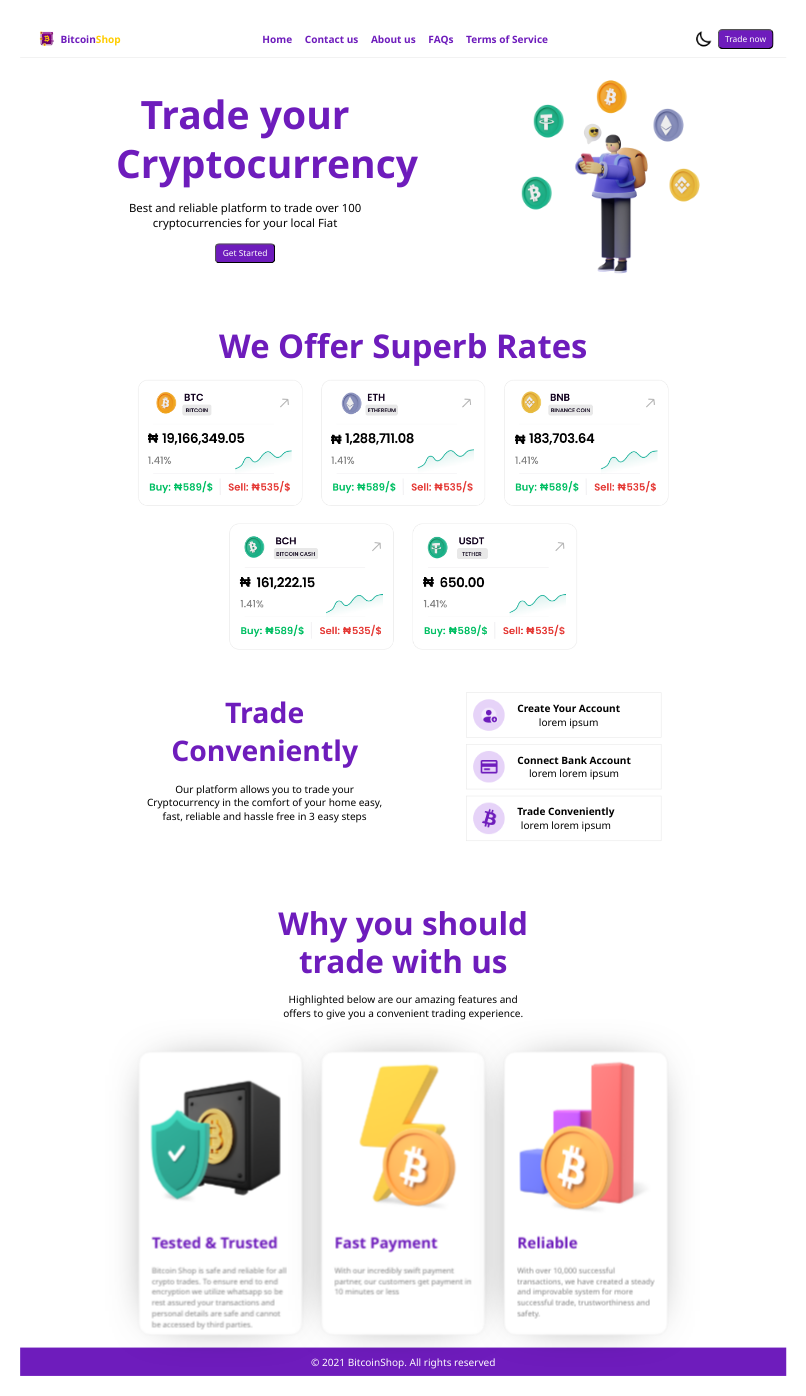
Repository: akinmiday/bitcoinshop-website
Page: /
The author's editor kept a copy of each file at every save. The page is drawn from the files as they stood at one save, then again after the next save.
The browser window is 1280 px wide. The pictures show the whole page, at 63% of full size.
The project was rebuilt for these pictures with package versions that can differ from the ones it lists, and the page was loaded fresh each time. Also part of the build but not shown: vite.config.js.

Above is the page before, as saved 2023-07-10 19:52:33.

### src/App.jsx
import React from 'react'
import { Route, createBrowserRouter, RouterProvider, createRoutesFromElements } from "react-router-dom"
import './App.css'
import Layout from './components/layout'
import TitlePage from './pages/title'
import Rates from './pages/rates'



const router = createBrowserRouter(createRoutesFromElements(
  <Route path='/' element={<Layout />} >
    <Route index element={<TitlePage />} />
    <Route element={<Rates />} />

  </Route>
))

function App() {

  return (
    <RouterProvider router={router} />
  )
}

export default App

### src/index.css
*{
    margin: 0;
    padding: 0;
    box-sizing: border-box;
    font-family: 'Segoe UI', Tahoma, Geneva, Verdana, sans-serif ;
}

.header{
    display: flex;
    color:#6E1CBC;
    display: flex;
    align-items: center;
    border-bottom: #EAEAEA solid 1px;
    height: 60px;
    flex-shrink: 0;
    justify-content: space-between;
    padding: 20px;
}


.right-side-header{
    display: flex;
    align-items: center;
    font-weight: 500;
}

.right-side-header > img{
    padding: 10px;
    height: 44px;

}

.shop-logo{
    color:#FFCC00 ;
}


.middle-section-header {
    display: flex;
    justify-content: center;
    align-items: center;
    gap: 20px;
}

.right-side-header >button {
    background-color: #6E1CBC;
    color: #ffffff;
    padding: 5px 10px;
    border-radius: 8px;
}

.footer{
    background-color: #6E1CBC;
    color: #ffffff;
    display: flex;
    justify-content: center;
    align-items: center;
    margin-top: auto;
    flex-shrink: 0;
    height: 45px;
}

.title-section{
    display: flex;
    padding: 30px;
    height: 400px;
    justify-content: space-around;

}



.left-side-title{
    width: 450px;
    padding: 20px;
}

.left-side-title > h1{
    color: #6E1CBC;
    font-size: 62px;
    font-style: normal;
    font-weight: 700;
    line-height: 78px;


}

.left-side-title > p{
    font-size: 18px;
    padding: 20px 0;
}

.left-side-title >button{
    color: #ffffff;
    background-color: #6E1CBC;
    padding: 5px 10px;
    border-radius: 7px;
    text-align: center;
}

.rates-section{
    color: #6E1CBC;
    text-align: center;
    font-size: 26px;
}

.rates-section h1 {
    padding: 20px;
}

.rates-section img{
    height: 200px;
}


.top-row-rates-section {
    display: flex;
    justify-content: center;
    margin-bottom: 20px;
    gap: 30px;
  }

  .bottom-row-rates-section {
    display: flex;
    justify-content: center;
    gap: 30px;
  }

  .trade-section{
    margin-top: 30px;
    display: flex;
    justify-content: center;
    align-items: flex-start;
    gap: 110px;
    flex-shrink: 0;
    padding: 20px;
  }

  .left-trade-section{
    width: 400px;

  }

  .left-trade-section h1 {
    color: #6E1CBC;
    font-size: 45px;
    padding: 10px;
  }

  .left-trade-section p{
    padding: 10px;
  }

  .trade-link-section >div{
    display: flex;
    align-items: center;
    width: 310px;
    padding: 10px;
    margin: 10px;
    border: #EAEAEA 1px solid;
  }

  .trade-link-section > div >img{
    height: 50px;
    margin-right: 20px;
  }
  .trade-with-us{
    text-align: center;

    margin-top: 50px;
  }

  .trade-with-us-heading > h1{
    color: #6E1CBC;
    font-size: 50px;
    line-height: 60px;
    padding: 20px;
  }

  .trade-with-us-icon-section{
    display: flex;
    margin-top: 20px;
    padding-top: 30px;
    gap: 30px;
    justify-content: center;
    align-items: center;
    padding-bottom: 20px;
  }

  .trade-with-us-icon-section >div{
    border-radius: 18px;
    border: 1px solid #EAEAEA;
    background: #FFF;
    backdrop-filter: blur(100px);
    width: 260px;
    height: 450px;
    text-align: left;
    box-shadow: -2px 0px 74px -36px rgba(0,0,0,0.71);
    -webkit-box-shadow: -2px 0px 74px -36px rgba(0,0,0,0.71);
    -moz-box-shadow: -2px 0px 74px -36px rgba(0,0,0,0.71);
  }

  .trade-with-us-icon-section div >h2{
    color: #6E1CBC;
    padding: 20px;
  }

  .trade-with-us-icon-section div >p{
    padding: 0 20px;
    font-size: 12px;
    color: #808080;
  }

  .trade-with-us-icon-section img {
    width: 250px;
    height: 250px;
    margin-top: 10px;
  }

### src/components/layout.jsx
import React from "react";
import { Outlet } from "react-router-dom";
import Header from "./header";
import Footer from "./footer";
import Rates from "../pages/rates";


export default function Layout() {
    return (<>
        <Header />
        <main>
            <Outlet />
        </main>
        <Footer />
    </>)
}

### src/pages/title.jsx
import React from "react";
import groupIcons from "../assets/Group-icons-title.png"
import Rates from "./rates";
import TradeSection from "./tradeSection";
import TradeWithUs from "./tradewithus";

export default function TitlePage() {
    return (<>
        <div className="title-section" >
            <div className="left-side-title" >
                <h1>Trade your Cryptocurrency</h1>
                <p>Best and reliable platform to trade over 100 cryptocurrencies for your local Fiat</p>
                <button>Get Started</button>
            </div>
            <img src={groupIcons} />
        </div>
        <Rates />
        <TradeSection />
        <TradeWithUs />
    </>
    )
}

### src/pages/rates.jsx
import React from "react";
import btcTrend from "../assets/bitcoin-trend-Item.png"
import ethTrend from "../assets/ETH-Trend-Item.png"
import bnbTrend from "../assets/BNB-Trend-Item.png"
import bchTrend from "../assets/BCH-Trend-Item.png"
import usdtTrend from "../assets/USDT-Trend-Item.png"

export default function Rates() {
    return (
        <div className="rates-section">
            <h1>We Offer Superb Rates</h1>
            <div className="top-row-rates-section">
                <div><img src={btcTrend} /></div>
                <div><img src={ethTrend} /></div>
                <div><img src={bnbTrend} /></div>
            </div>
            <div className="bottom-row-rates-section">
                <div><img src={bchTrend} /></div>
                <div><img src={usdtTrend} /></div>
            </div>
        </div>
    );
}

### src/components/header.jsx
import React from "react";
import logoImg from "../assets/bitcoinshop-logo.png"
import lightIcon from "../assets/Light-icon.png"


export default function Header() {
    return (<div className="header" >
        <div className="right-side-header" ><img src={logoImg} />
            <h4>Bitcoin<span className="shop-logo" >Shop</span></h4>
        </div>
        <div className="middle-section-header" >
            <h4>Home</h4>
            <h4>Contact us</h4>
            <h4>About us</h4>
            <h4>FAQs</h4>
            <h4>Terms of Service</h4>
        </div>
        <div className="right-side-header" >
            <img src={lightIcon} />
            <button>Trade now</button>
        </div>


    </div>)
}

### src/components/footer.jsx
import React from "react";

export default function Footer() {
    return (<>
        <div className="footer" >&#169; 2021 BitcoinShop. All rights reserved</div>
    </>)
}

### src/pages/tradeSection.jsx
import React from "react";
import profileIcon from "../assets/profile-icon.png"
import debitCardIcon from "../assets/debit-card-icon.png"
import bitcoinIcon from "../assets/bitcoin-icon.png"

export default function TradeSection() {
    return (
        <div className="trade-section">
            <div className="left-trade-section" >
                <h1>Trade Conveniently</h1>
                <p>Our platform allows you to trade your Cryptocurrency in the comfort of your home
                    easy, fast, reliable and hassle free in 3 easy steps
                </p>
            </div>
            <div className="trade-link-section" >
                <div>
                    <img src={profileIcon} />
                    <div>
                        <h4>Create Your Account</h4>
                        <p>
                            lorem ipsum
                        </p>
                    </div>
                </div>

                <div>
                    <img src={debitCardIcon} />
                    <div>
                        <h4>Connect Bank Account</h4>
                        <p>
                            lorem lorem ipsum
                        </p>
                    </div>
                </div>

                <div>
                    <img src={bitcoinIcon} />
                    <div>
                        <h4>Trade Conveniently</h4>
                        <p>
                            lorem lorem ipsum
                        </p>
                    </div>
                </div>
            </div>
        </div>
    )
}

### src/pages/tradewithus.jsx
import React from "react";
import securedIcon from "../assets/secured.png"
import fastPaymentIcon from "../assets/fast-payment.png"
import reliableIcon from "../assets/reliable.png"

export default function TradeWithUs() {
    return (
        <div className="trade-with-us" >
            <div className="trade-with-us-heading" >
                <h1>Why you should <br /> trade with us</h1>
                <p>Highlighted below are our amazing features and <br /> offers
                    to give you a convenient trading experience.
                </p>
            </div>
            <div className="trade-with-us-icon-section" >
                <div>
                    <img src={securedIcon} />
                    <h2>Tested & Trusted</h2>
                    <p>Bitcoin Shop is safe and reliable for all crypto trades. To ensure end to end encryption we utilize whatsapp
                        so be rest assured your transactions and personal details are safe and cannot be accessed by third parties.
                    </p>
                </div>
                <div>
                    <img src={fastPaymentIcon} />
                    <h2>Fast Payment</h2>
                    <p>With our incredibly swift payment partner, our customers get payment in 10 minutes or less</p>
                </div>
                <div>
                    <img src={reliableIcon} />
                    <h2>Reliable</h2>
                    <p>With over 10,000 successful transactions, we have created a steady and improvable system for more successful trade,
                        trustworthiness and safety.
                    </p>
                </div>
            </div>
        </div>
    )
}

### src/pages/reviews.jsx
import React from "react";

export default function Reviews() {
    return (
        <div>
            <h1>What Our Clients<br />Say About Us</h1>
        </div>
    )
}

Loaded but not shown: src/main.jsx (common file); src/App.css (common file)

After the next save:
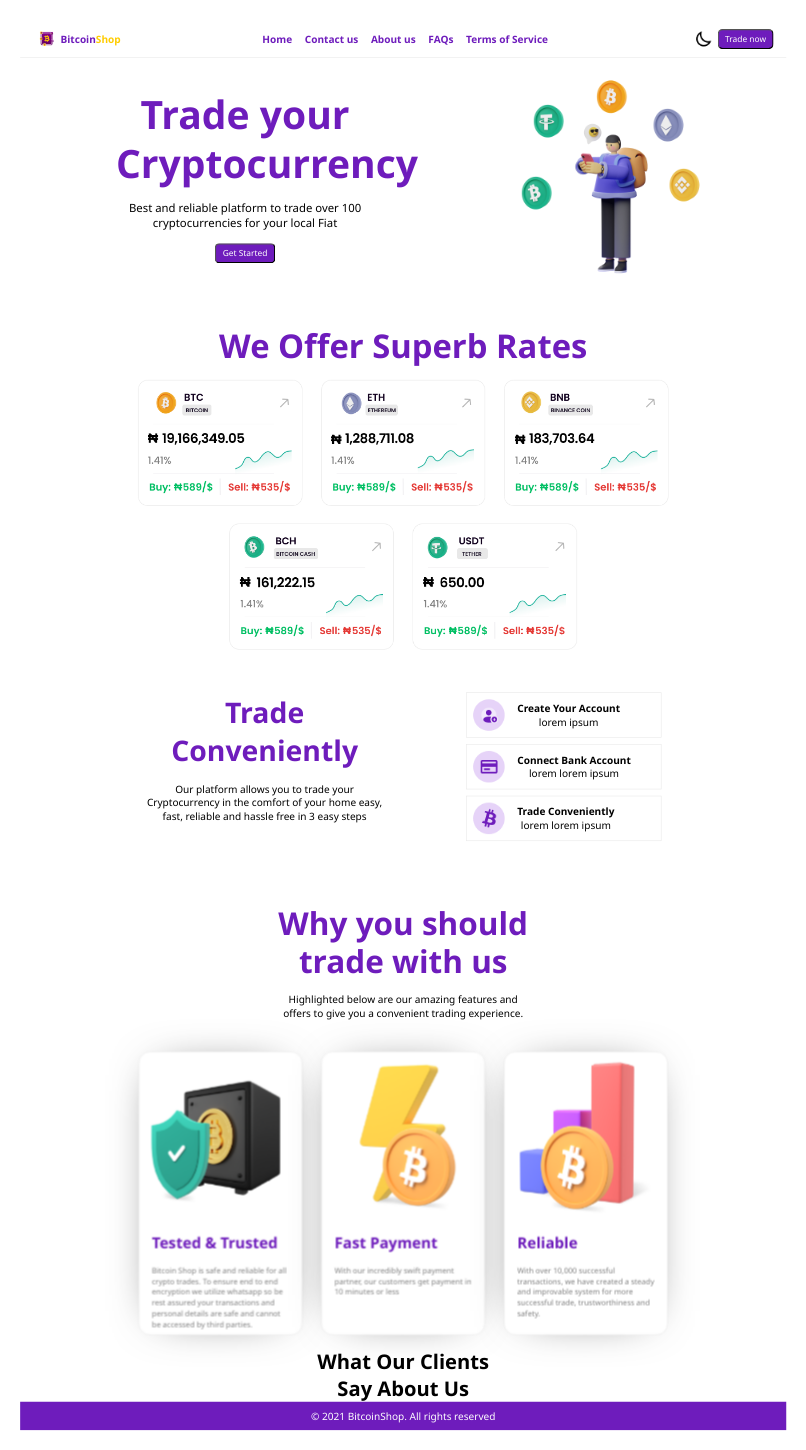
Saved 26 s later.
--- a/src/pages/title.jsx
+++ b/src/pages/title.jsx
@@ -3,6 +3,7 @@
 import Rates from "./rates";
 import TradeSection from "./tradeSection";
 import TradeWithUs from "./tradewithus";
+import Reviews from "./reviews";
 
 export default function TitlePage() {
     return (<>
@@ -17,6 +18,7 @@
         <Rates />
         <TradeSection />
         <TradeWithUs />
+        <Reviews />
     </>
     )
 }
